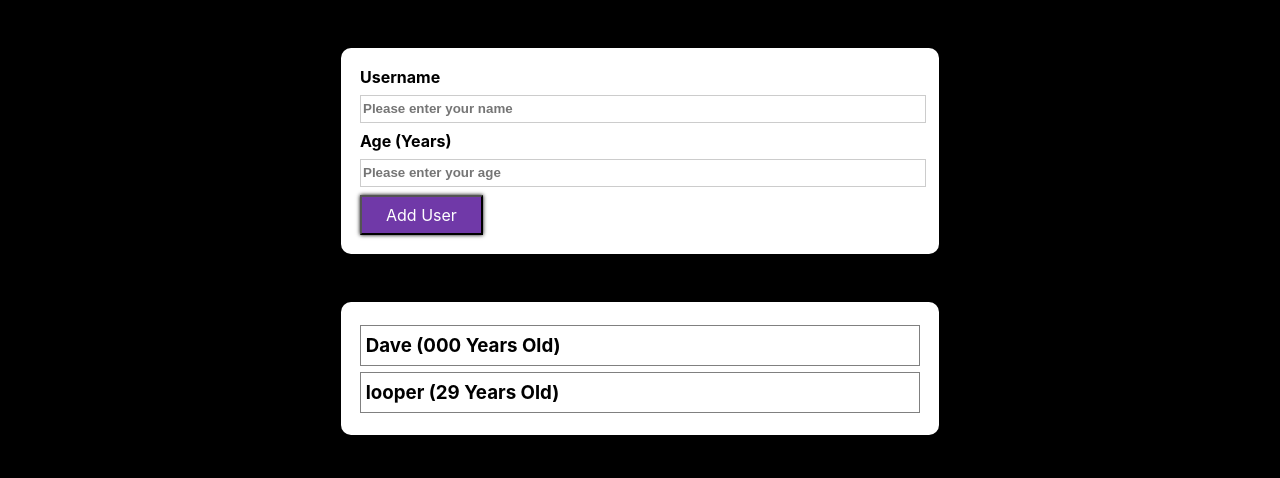
Repository: NamalPathirana/section-eight
Page: /
These files come from the project's save history. The page is drawn as it stood at one moment and after the next save; the edit follows.
The browser window is 1280 px wide. The pictures show the whole page.
The project was rebuilt for these pictures with package versions that can differ from the ones it lists, and the page was loaded fresh each time.

Above is the page before, as saved 2021-11-26 17:52:52.

### src/index.css
body {
  margin: 0;
  padding: 0%;
  height: 100%;
  width: 100%;
  display: flex;
  flex-direction: column;
  background-color: black;
  font-family: -apple-system, BlinkMacSystemFont, 'Segoe UI', 'Roboto', 'Oxygen',
    'Ubuntu', 'Cantarell', 'Fira Sans', 'Droid Sans', 'Helvetica Neue',
    sans-serif;
  -webkit-font-smoothing: antialiased;
  -moz-osx-font-smoothing: grayscale;
}

code {
  font-family: source-code-pro, Menlo, Monaco, Consolas, 'Courier New',
    monospace;
}

### src/App.js
import "./App.css";
import UserInput from "./Components/UserInput/UserInput";
import UserList from "./Components/UserList/UserList";

function App() {
  const userList = [
    { key:0,name: "Dave", age: "000" },
    { key:1,name: "looper", age: "29" },
  ];

  const UserEntryCallbackHandler = (props) => {
    userList.push(props);
    console.log(userList);
  }

  return (
    <div className="App">
      <section>
        <UserInput onUserEntry={UserEntryCallbackHandler}></UserInput>
      </section>
      <section>
        <UserList items={userList}></UserList>
      </section>
    </div>
  );
}

export default App;

### src/App.css
.App {


}

### src/Components/UserInput/UserInput.js
import Button from '../../UI/Button/Button';
import styles from './UserInput.module.css';
import {useState} from 'react';

const UserInput = (props) => {

    const userEntry={key:0,name:'lol',age:'25'};

    const [username,SetUserName] = useState('');
    const [age,SetAge] = useState('');

    const NameInputHandler = (props) => {
        SetUserName(props.target.value);
        // console.log('[UserInput.js / userName : ]'+username)
    }

    const AgeInputHandler = (props) => {
        SetAge(props.target.value);
        // console.log('[UserInput.js / userName : ]'+age);
    }

    const [isValid,SetIsValid] = useState(true);

    const FormSubmitHandler = (event) => {
        event.preventDefault();

        if(username.length===0){
            SetIsValid(false);
            return;
        }

        userEntry.key=Math.random();
        userEntry.name=username;
        userEntry.age=age;

        props.onUserEntry(userEntry);
    }

    return (
        <form onSubmit={FormSubmitHandler}>
        <div className={styles.frame}>
            <label className={`${!isValid?styles.inValid:''}`}>Username</label>
            <input placeholder='Please enter your name' type="text" onChange={NameInputHandler} className={!isValid?styles.inValid:''}/>
            <label>Age (Years)</label>
            <input placeholder='Please enter your age' type="number" max='120' maxLength='2' min='12' onChange={AgeInputHandler}/>
            <Button name='Add User' type="submit"></Button>
        </div>
        </form>
    );
};

export default UserInput;

### src/Components/UserList/UserList.js
import styles from './UserList.module.css';
import UserListItem from '../UserListItem/UserListItem'


const UserList = (props) => {

    const listUserItems = props.items.map(row=>{
        return  <UserListItem key={Math.random()} name={row.name} age={row.age}/>;
    });

    return(
        <div className={styles.frame}>
           {listUserItems}
        </div>
    );
}

export default UserList;

### src/UI/Button/Button.js
import styles from "./Button.module.css";

const Button = (props) => {
  return <button className={styles.button} type={props.type}>{props.name}</button>;
};

export default Button;

### src/Components/UserInput/UserInput.module.css
.frame{
    margin: 0.5rem 0.5rem;
    padding: 1.2rem 1.2rem;
    width: 35rem;
    max-width: 90%;
    margin: 3rem auto;
    background-color: white;
    border-radius: 10px;
}

label.inValid {
    color: red;
}

input.inValid {
   background-color: rgb(233, 161, 161);
   border: 1px solid red;
}

.frame input{
    display: block;
    font-weight: bold;
    border: 1px solid #ccc;
    line-height: 1.5rem;
    padding: 100 0.25rm;
    width: 100%;
    margin-bottom: 0.5rem;
}

.frame input:hover{
    border: 1px solid rgb(49, 45, 45);
}

.frame label{
    display: block;
    align-content: flex-start;
    font-weight: bold;
    margin-bottom: 0.5rem;
}

### src/Components/UserList/UserList.module.css
.frame{
    margin: 0.5rem 0.5rem;
    padding: 1.2rem 1.2rem;
    width: 35rem;
    max-width: 90%;
    margin: 3rem auto;
    background-color: white;
    border-radius: 10px;
    display: flex;
    flex-direction: column;
}

### src/Components/UserListItem/UserListItem.js
import styles from './UserListItem.module.css';


const UserListItem = (props) => {

    return(
        <div className={styles.list_item}>
            <h3>{props.name} ({props.age} Years Old)</h3>
        </div>
    );
}

export default UserListItem;

### src/UI/Button/Button.module.css
.button{
    font: inherit;
    padding: 0.5rem 1.5rem;
    background-color: rgb(112, 57, 168);
    color:white;
    box-shadow: 0 0 4px black;
    cursor: pointer;
    width: auto;
}

.button:focus{
    outline: none;
}

.button:hover,.button:active{
    background-color: rgb(185, 140, 231);
    border-color: rgb(185, 140, 231);
    box-shadow: 0 0 8px black;
}

### src/Components/UserListItem/UserListItem.module.css
.list_item{
    border: 1px solid gray;
    display: block;
    padding: 0.5rem 0.3rem;
    margin: 3px 0px;

}

.list_item:hover{
    background-color: antiquewhite;
}

.list_item:active{
    background-color: rgb(251, 199, 199);
}


.list_item h3{
    margin: 0px;
}

Loaded but not shown: public/index.html (common file); src/index.js (common file); src/reportWebVitals.js (common file)

After the next save:
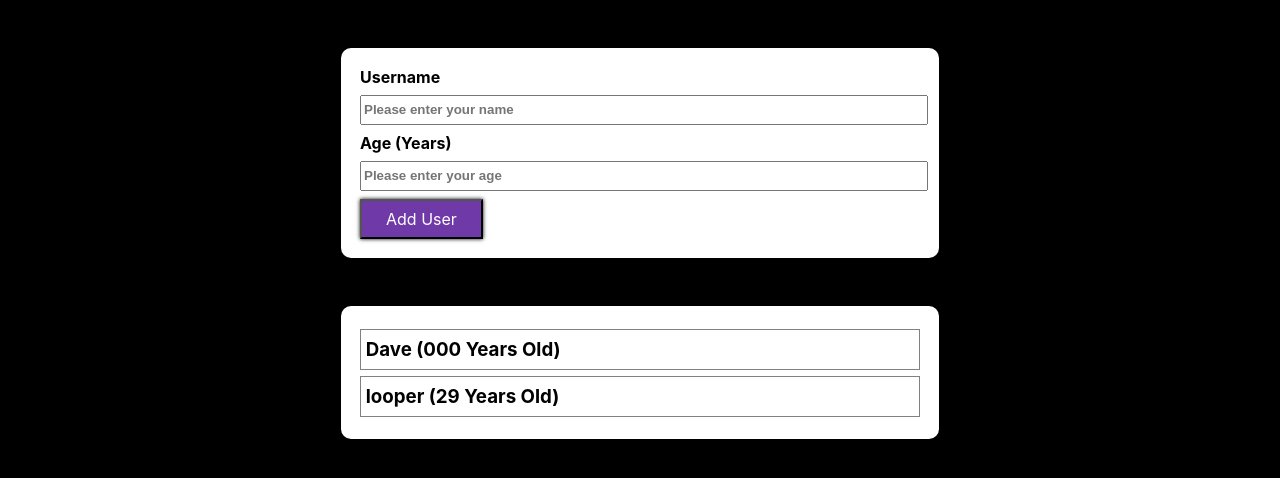
Saved 48 s later.
--- a/src/Components/UserInput/UserInput.module.css
+++ b/src/Components/UserInput/UserInput.module.css
@@ -20,7 +20,7 @@ input.inValid {
 .frame input{
     display: block;
     font-weight: bold;
-    border: 1px solid #ccc;
+    /* border: 1px solid #ccc; */
     line-height: 1.5rem;
     padding: 100 0.25rm;
     width: 100%;

After the save that followed:
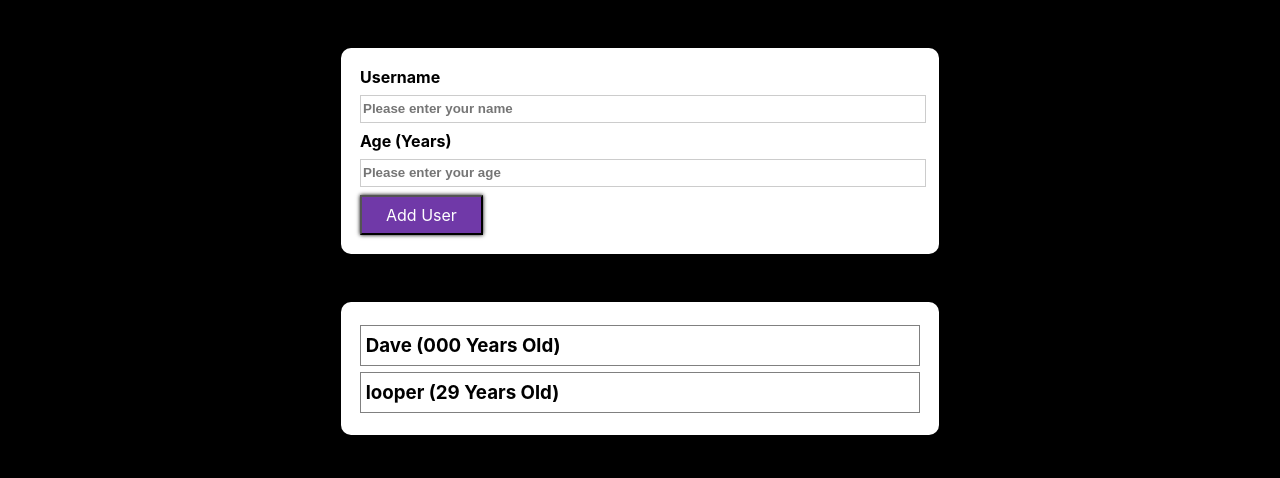
Saved 15 s later.
--- a/src/Components/UserInput/UserInput.module.css
+++ b/src/Components/UserInput/UserInput.module.css
@@ -20,7 +20,7 @@ input.inValid {
 .frame input{
     display: block;
     font-weight: bold;
-    /* border: 1px solid #ccc; */
+    border: 1px solid #ccc;
     line-height: 1.5rem;
     padding: 100 0.25rm;
     width: 100%;
